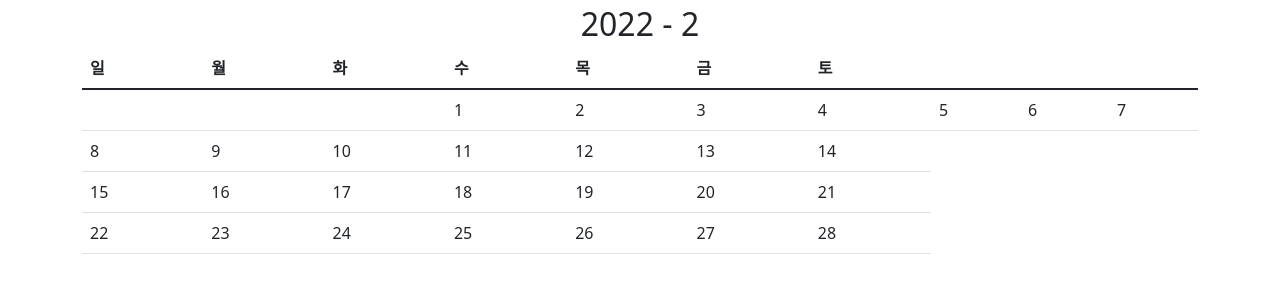
Repository: Visionary1/fullstack-dev-study
Page: http://localhost/Test/lesson02/quiz10.jsp
The author's editor kept a copy of each file at every save. The page is drawn from the files as they stood at one save, then again after the next save.
The browser window is 1280 px wide. The pictures show the whole page.
The page is served by Tomcat 9.

Above is the page before, as saved 2022-02-13 17:08:51.

### 4_servlet/workspace/Test/src/main/webapp/lesson02/quiz10.jsp
<%@ page language="java" contentType="text/html; charset=UTF-8" pageEncoding="UTF-8"%>

<%@ page import="java.util.*"%>

<!DOCTYPE html>
<html>
<head>
<meta charset="UTF-8">
<title>Insert title here</title>
<link href="https://cdn.jsdelivr.net/npm/bootstrap@5.1.3/dist/css/bootstrap.min.css" rel="stylesheet">
<script src="https://cdn.jsdelivr.net/npm/bootstrap@5.1.3/dist/js/bootstrap.bundle.min.js"></script>
</head>
<body>

	<%
	Calendar cal = Calendar.getInstance();

	// 월의 첫날
	cal.set(Calendar.DAY_OF_MONTH, 1);

	//그 주의 요일 반환 (일:1 ~ 토:7)
	int week = cal.get(Calendar.DAY_OF_WEEK);

	//몇 주 있는지
	int weekSize = cal.getActualMaximum(Calendar.WEEK_OF_MONTH);

	// 마지막 날짜
	int maximumDays = cal.getActualMaximum(Calendar.DATE);

	HashMap<Integer, String> dayOfWeek = new HashMap<>();
	dayOfWeek.put(1, "일");
	dayOfWeek.put(2, "월");
	dayOfWeek.put(3, "화");
	dayOfWeek.put(4, "수");
	dayOfWeek.put(5, "목");
	dayOfWeek.put(6, "금");
	dayOfWeek.put(7, "토");

	Collection<String> values = dayOfWeek.values();
	%>

	<div class="container">

		<div class="fw-light fs-2 text-center"><%=cal.get(Calendar.YEAR) + " - " + Integer.valueOf(cal.get(Calendar.MONTH) + 1)%></div>

		<table class="table">
			<thead>
				<tr>
					<%
					for (String day : values) {
					%>
					<th><%=day%></th>

					<%
					}
					%>
				</tr>
			</thead>
			<tbody>

				<%
				int init = 0;
				for (int i = 0; i < weekSize; i++) {
				%>
				<tr>

					<%
					for (int j = 0; j < 7; j++) {
						if (((i * 7) + (j + 1)) > maximumDays) {
							break;
						}

						// 현재 달 1일부터 시작하게
						if (init == 0) {
							for (int k = 0; k < week; k++) {
					%>
					<td></td>
					<%
					}
					init = 1;
					}
					%>
					<td><%=((i * 7) + (j + 1))%></td>
					<%
					}
					%>
				</tr>

				<%
				}
				%>

			</tbody>
		</table>
	</div>



</body>
</html>

After the next save:
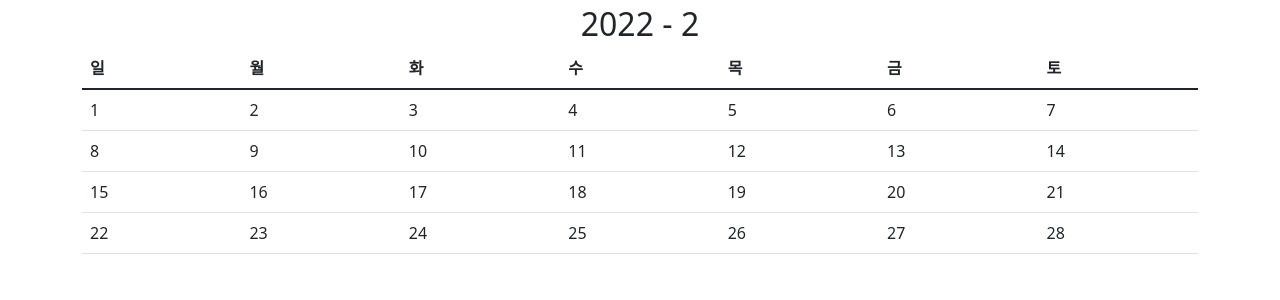
Saved 91 s later.
--- a/4_servlet/workspace/Test/src/main/webapp/lesson02/quiz10.jsp
+++ b/4_servlet/workspace/Test/src/main/webapp/lesson02/quiz10.jsp
@@ -74,7 +74,7 @@
 						if (init == 0) {
 							for (int k = 0; k < week; k++) {
 					%>
-					<td></td>
+
 					<%
 					}
 					init = 1;
